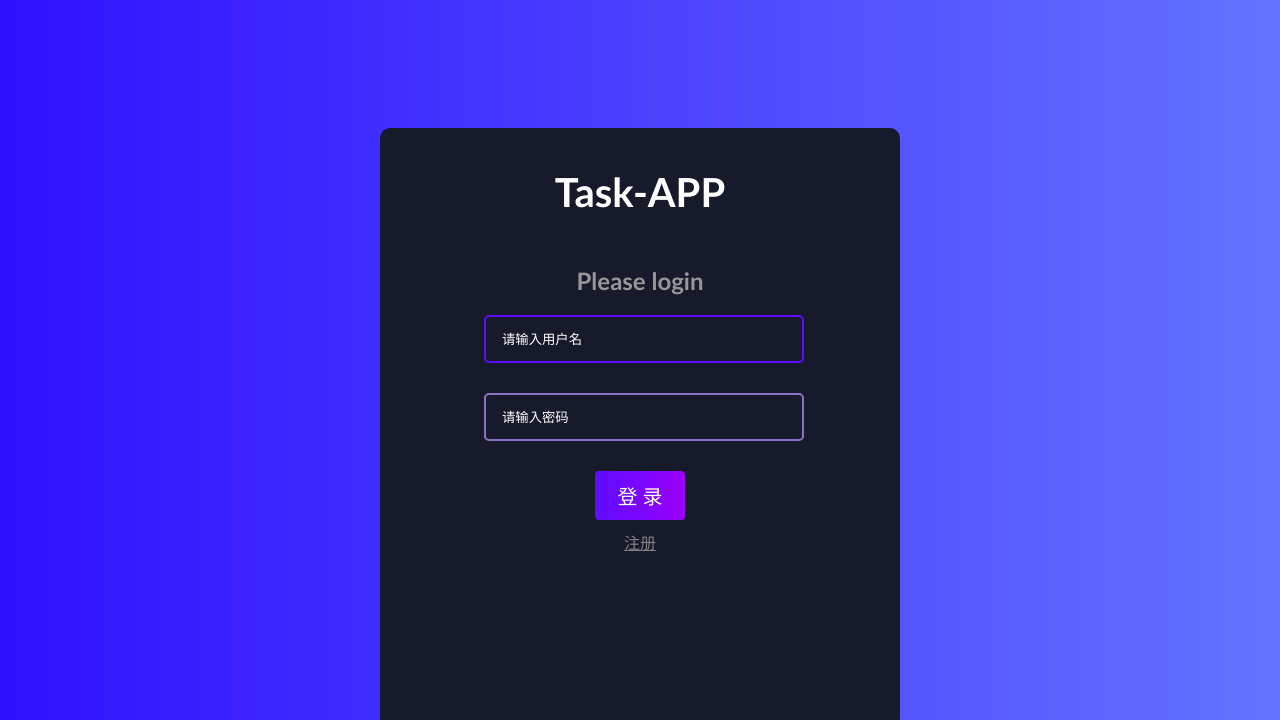
Repository: Azem723/todo-list-app
Page: /
An editor plug-in stored every save of this project. The page is shown before and after the next save, followed by the edit.
The browser window is 1280 px wide. The pictures show the whole page.
An inner scrolling area shows only its first screen. The project was rebuilt for these pictures with package versions that can differ from the ones it lists, and the page was loaded fresh each time. Also part of the build but not shown: src/components/todoForm/TodoForm.module.css, src/components/todoForm/TodoForm.jsx, src/components/todoList/TodoList.module.css, src/components/todo/Todo.module.css, src/components/todo/Todo.jsx, src/components/todoList/TodoList.jsx, src/pages/home/Home.jsx, src/pages/NotFoundPages.jsx and 2 more.

Above is the page before, as saved 2021-12-09 15:02:29.

After the next save:
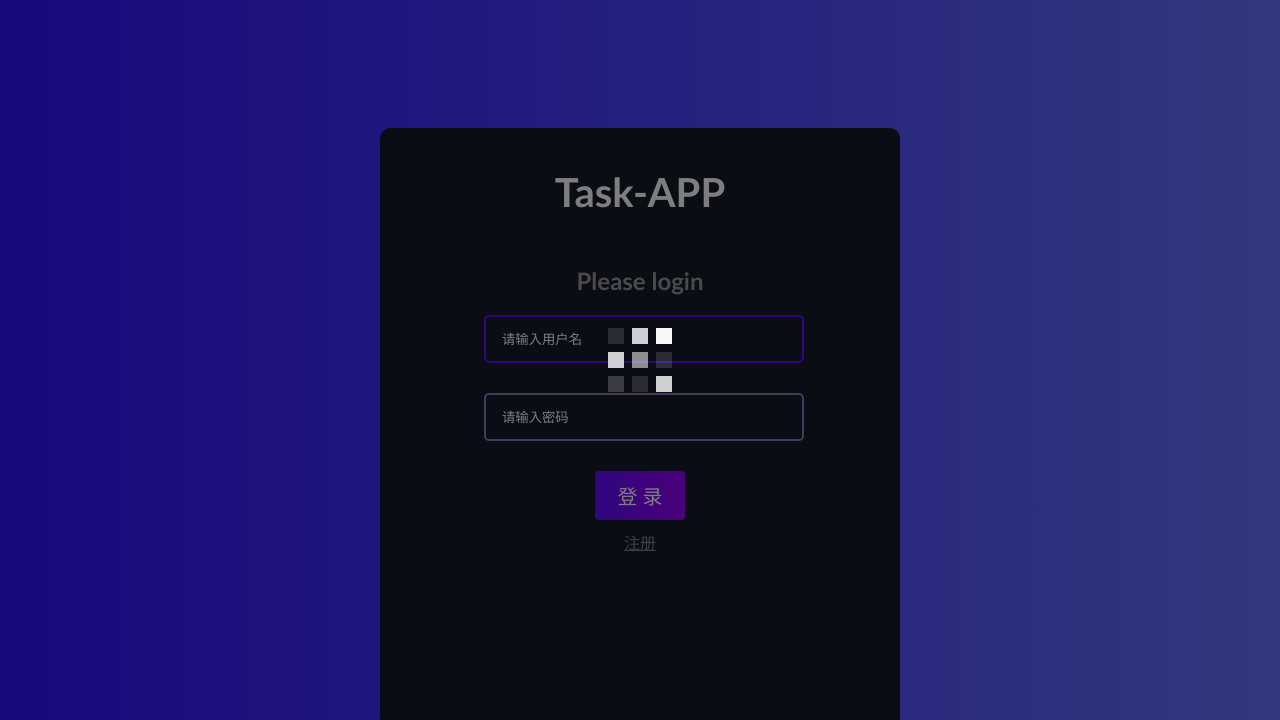
Saved 104 s later.
--- a/src/redux/user/slice.js
+++ b/src/redux/user/slice.js
@@ -19,7 +19,7 @@
 const userSlice = createSlice({
   name: 'user',
   initialState: {
-    loading: false,
+    loading: true,
     error: null,
     token: null
   },

After the save that followed:
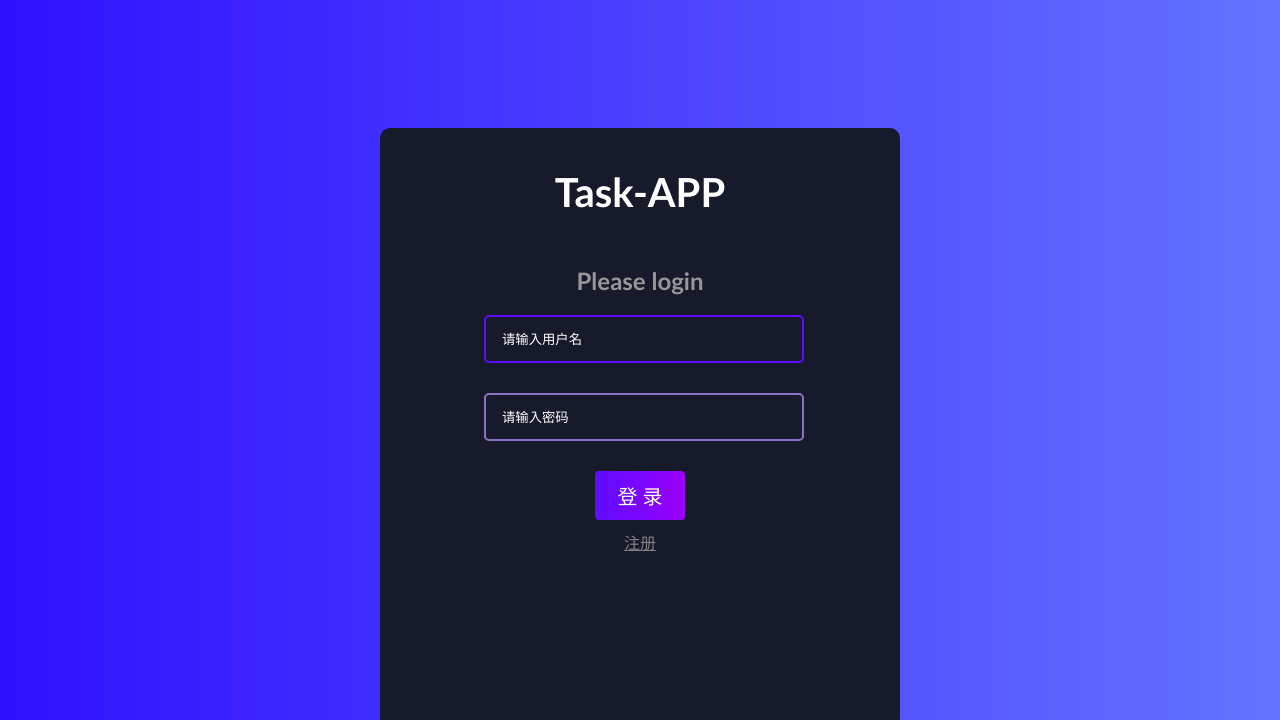
Saved 14 s later.
--- a/src/redux/user/slice.js
+++ b/src/redux/user/slice.js
@@ -19,7 +19,7 @@
 const userSlice = createSlice({
   name: 'user',
   initialState: {
-    loading: true,
+    loading: false,
     error: null,
     token: null
   },
